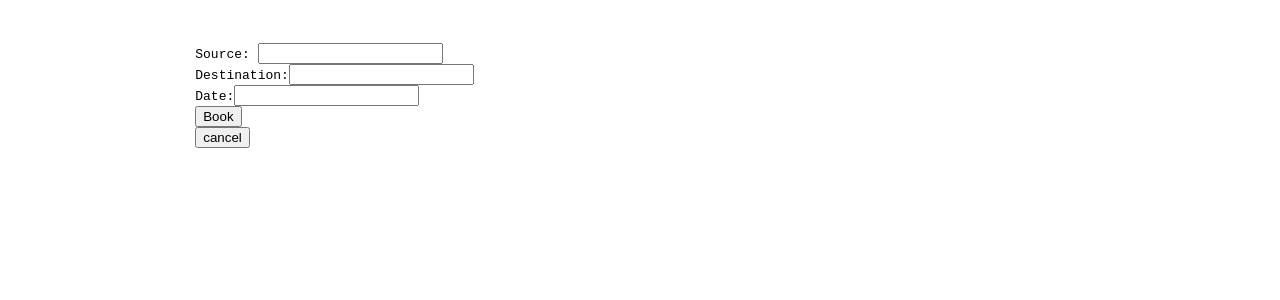
Repository: ravikumarpoddar/Spring
Page: springmvc/WebContent/views/FlightBooking.html
The author's editor kept a copy of each file at every save. The page is drawn from the files as they stood at one save, then again after the next save.
The browser window is 1280 px wide. The pictures show the whole page.

Above is the page before, as saved 2018-02-09 04:24:47.

After the next save:
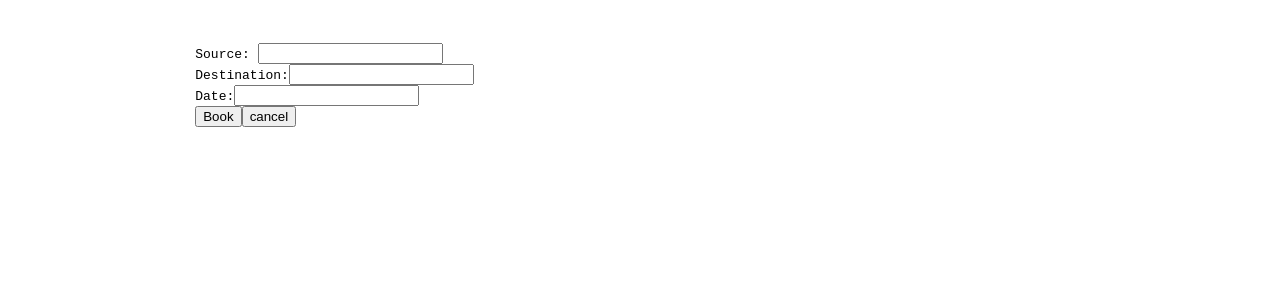
Saved 5 s later.
--- a/springmvc/WebContent/views/FlightBooking.html
+++ b/springmvc/WebContent/views/FlightBooking.html
@@ -11,8 +11,7 @@
 			Source: <input type="text" name="source"/>
 			Destination:<input type="text" name="destination"/>
 			Date:<input type="text" name="dateofDept"/>
-			<button type="submit">Book</button>
-			<button type="reset">cancel</button>
+			<button type="submit">Book</button><button type="reset">cancel</button>
 
 
 		</form>
